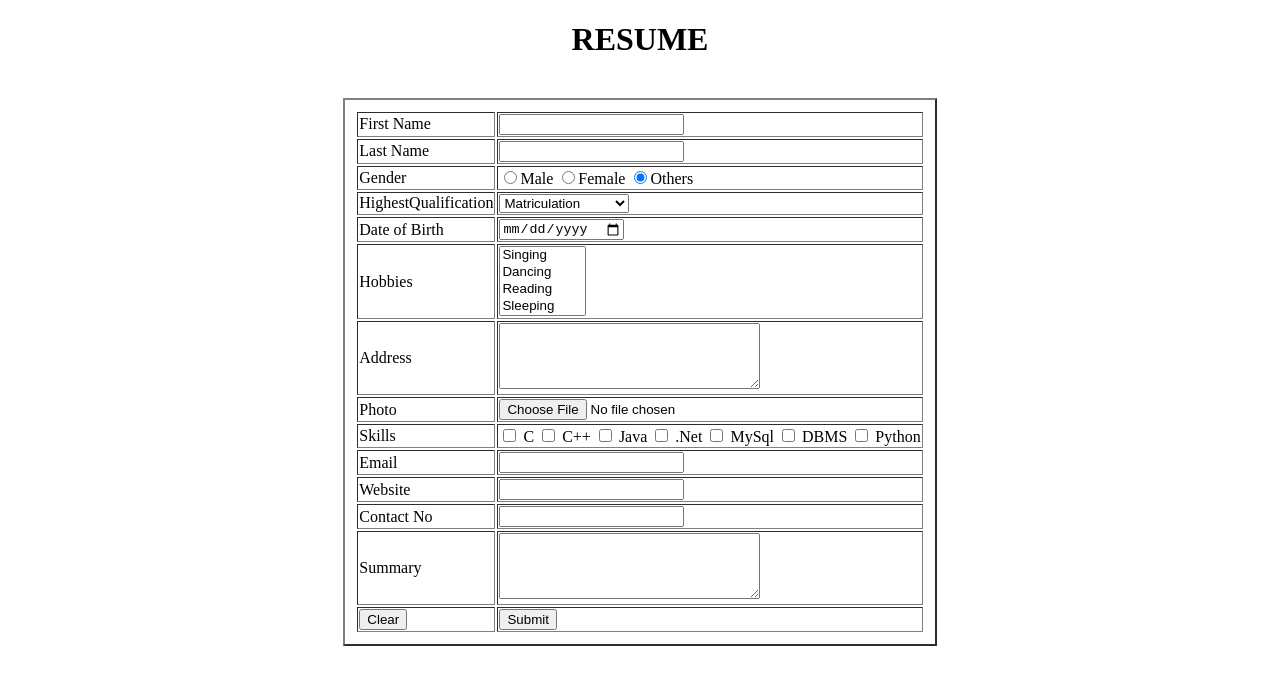
Repository: Rccalfa123/JEE
Page: MyFirstServlet/WebContent/Resume.html
These files come from the project's save history. The page is drawn as it stood at one moment and after the next save; the edit follows.
The browser window is 1280 px wide. The pictures show the whole page.

Above is the page before, as saved 2018-08-07 13:44:50.

After the next save:
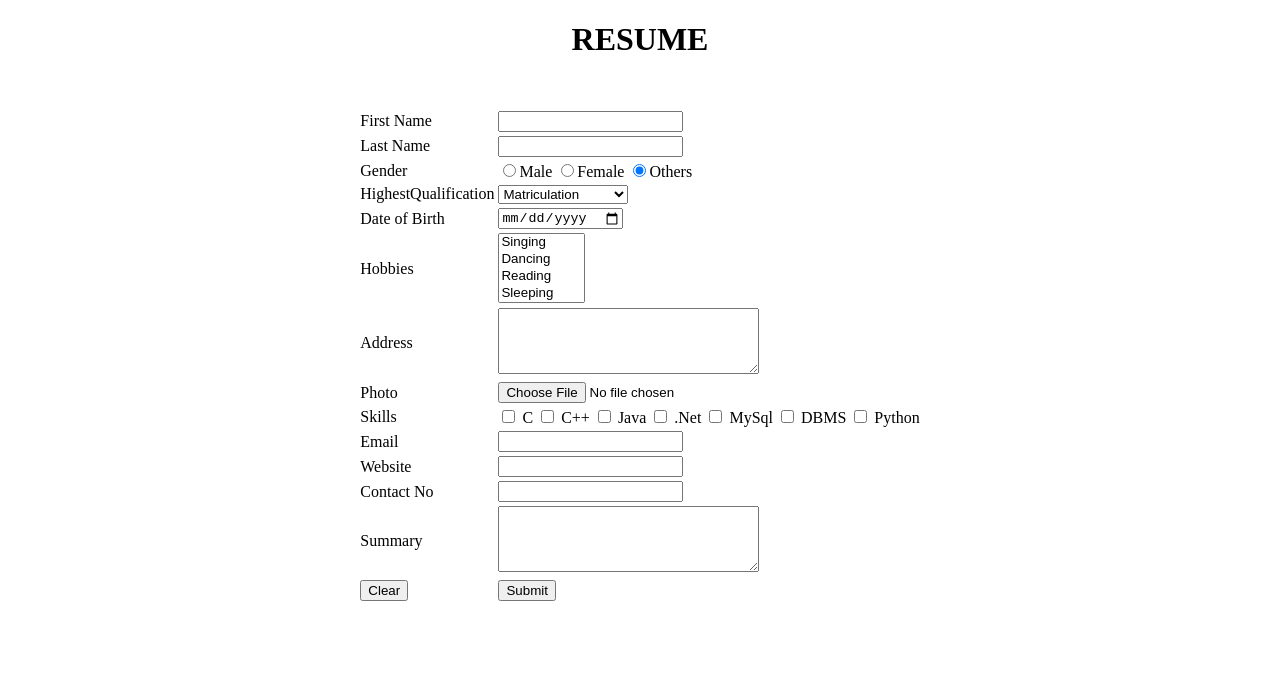
Saved 30 s later.
--- a/MyFirstServlet/WebContent/Resume.html
+++ b/MyFirstServlet/WebContent/Resume.html
@@ -13,7 +13,7 @@ table{
 <body>
    <form action="MyServlet" method="get">
    <h1 align="center"> RESUME </h1><br>
-  <table border="2" align="center" >
+  <table align="center" >
    <tr><td>First Name </td><td><input type="text" name="fname"></td></tr>
 
    <tr><td>Last Name</td> <td> <input type="text" name="lname"></td></tr>
